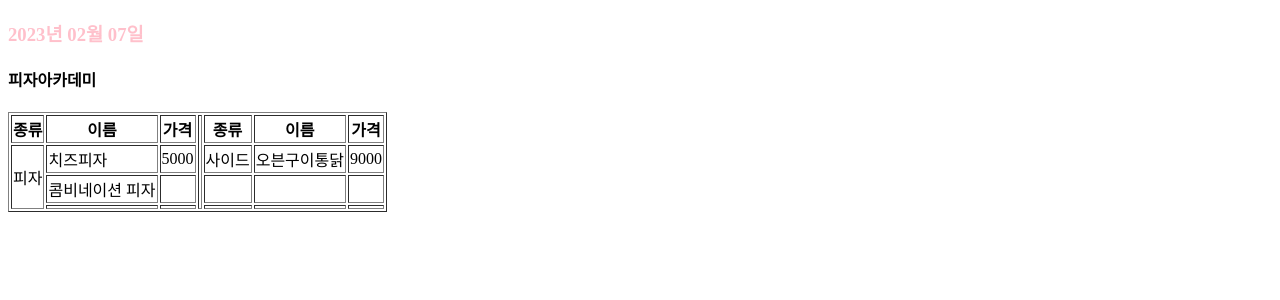
Repository: yejin0220/Web-workspace1
Page: http://localhost/2_JSP/views/04_PizzaOrderForm.jsp
These files come from the project's save history. The page is drawn as it stood at one moment and after the next save; the edit follows.
The browser window is 1280 px wide. The pictures show the whole page.
The page is served by Tomcat 9.

Above is the page before, as saved 2023-02-09 00:59:51.

### 2_JSP/WebContent/views/04_PizzaOrderForm.jsp
<%@ page import="java.util.Date, java.text.SimpleDateFormat" %>
<%@ page language="java" contentType="text/html; charset=UTF-8"
    pageEncoding="UTF-8"%>
<!DOCTYPE html>
<html>
<head>
<meta charset="UTF-8">
<title>피자 주문 페이지</title>
<style>
	h3{color:pink;}
</style>
</head>
<body>

	<%

		Date date = new Date();
		SimpleDateFormat sdf = new SimpleDateFormat("yyyy년 MM월 dd일");
		String today = sdf.format(date);

	%>

	<h3><%= today %></h3>

	<h4>피자아카데미</h4>

	<table border="1">
		<tr>
			<th>종류</th>
			<th>이름</th>
			<th>가격</th>
			<th rowspan="4"></th>
			<th>종류</th>
			<th>이름</th>
			<th>가격</th>
		</tr>
		<tr>
			<td rowspan="3">피자</td>
			<td>치즈피자</td>
			<td>5000</td>
			<td rowsapn="3">사이드</td>
			<td>오븐구이통닭</td>
			<td>9000</td>

		</tr>
		<tr>
			<td>콤비네이션 피자</td>
			<td></td>
			<td></td>
			<td></td>
			<td></td>

		</tr>
		<tr>
			<td></td>
			<td></td>
			<td></td>
			<td></td>
			<td></td>

		</tr>




	</table>








</body>
</html>

After the next save:
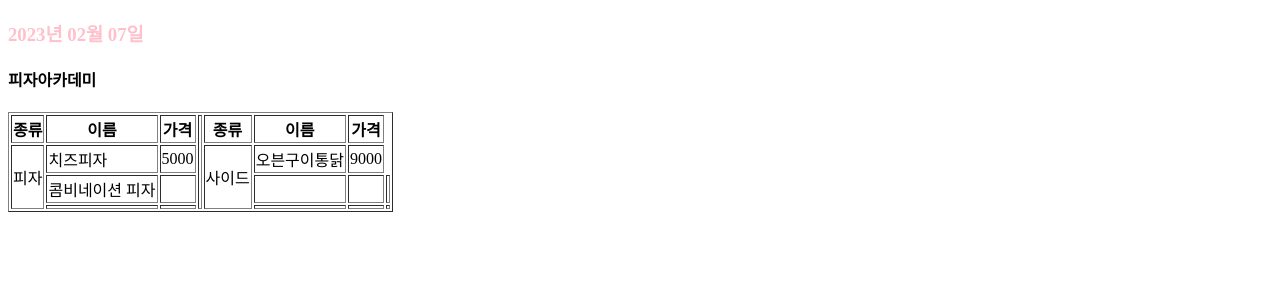
Saved 5 s later.
--- a/2_JSP/WebContent/views/04_PizzaOrderForm.jsp
+++ b/2_JSP/WebContent/views/04_PizzaOrderForm.jsp
@@ -38,7 +38,7 @@
 			<td rowspan="3">피자</td>
 			<td>치즈피자</td>
 			<td>5000</td>
-			<td rowsapn="3">사이드</td>
+			<td rowspan="3">사이드</td>
 			<td>오븐구이통닭</td>
 			<td>9000</td>
 
